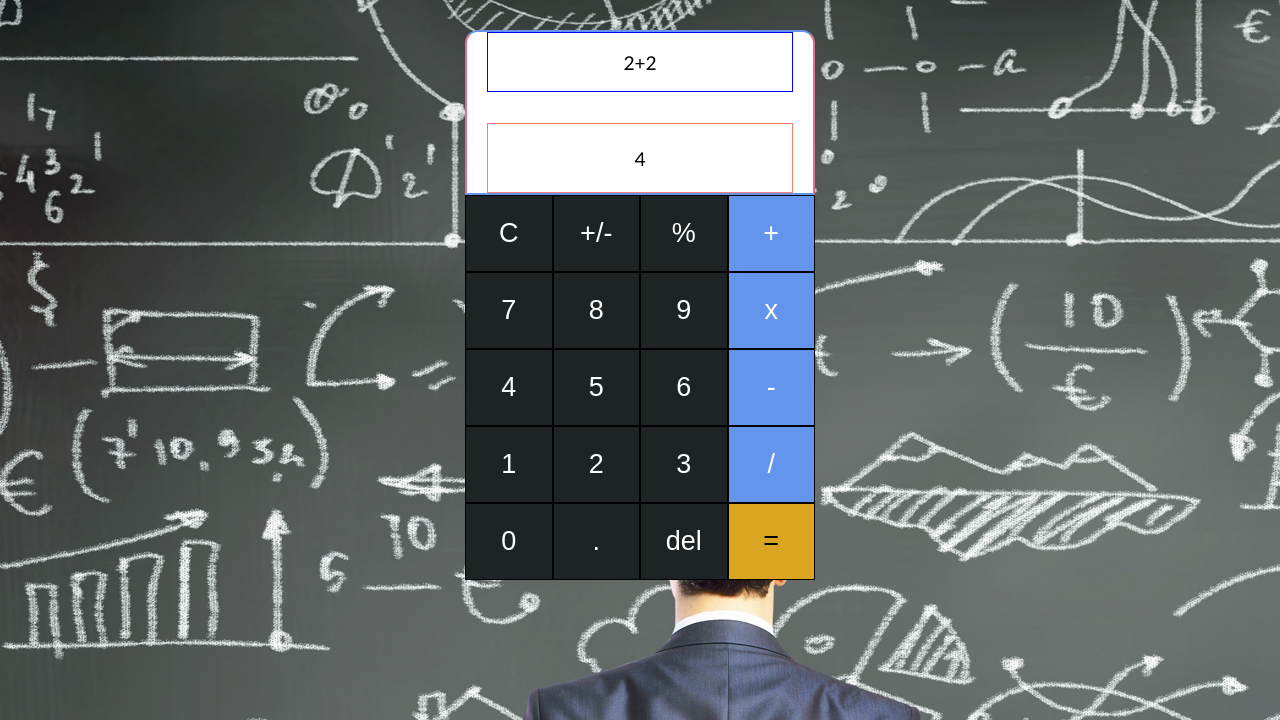
Repository: OfirLana/Calculator
Page: index.html
These files come from the project's save history. The page is drawn as it stood at one moment and after a run of saves; the edit follows.
The browser window is 1280 px wide. The pictures show the whole page.

Above is the page before, as saved 2019-03-16 17:17:43.

After the next 2 saves:
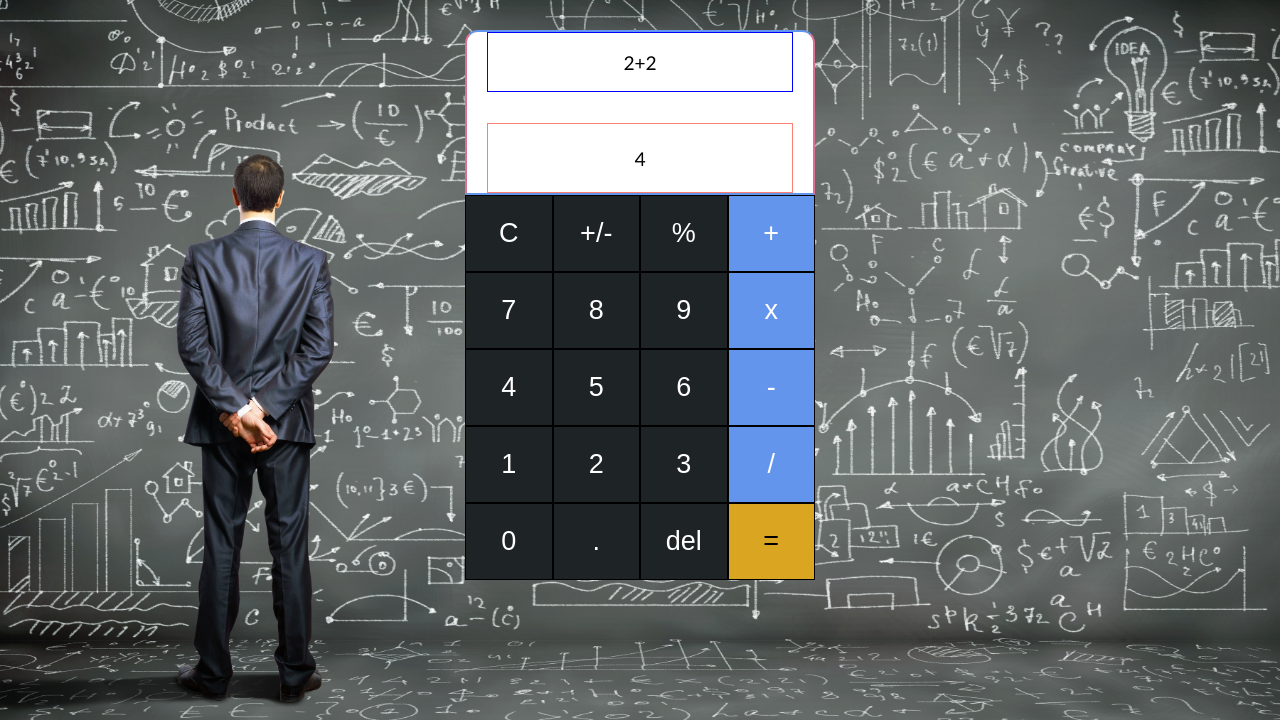
The 2 saves are shown as one change because they came seconds apart.
The last was saved 32 s later.
--- a/style.css
+++ b/style.css
@@ -13,8 +13,9 @@ body {
     font-size: 1.6rem;
     color: #777;
     padding: 3rem;
-    background: cadetblue;
+    /* background: cadetblue; */
     background:url(img/math2.jpg);
+    background-size: cover;
 
 }
 
